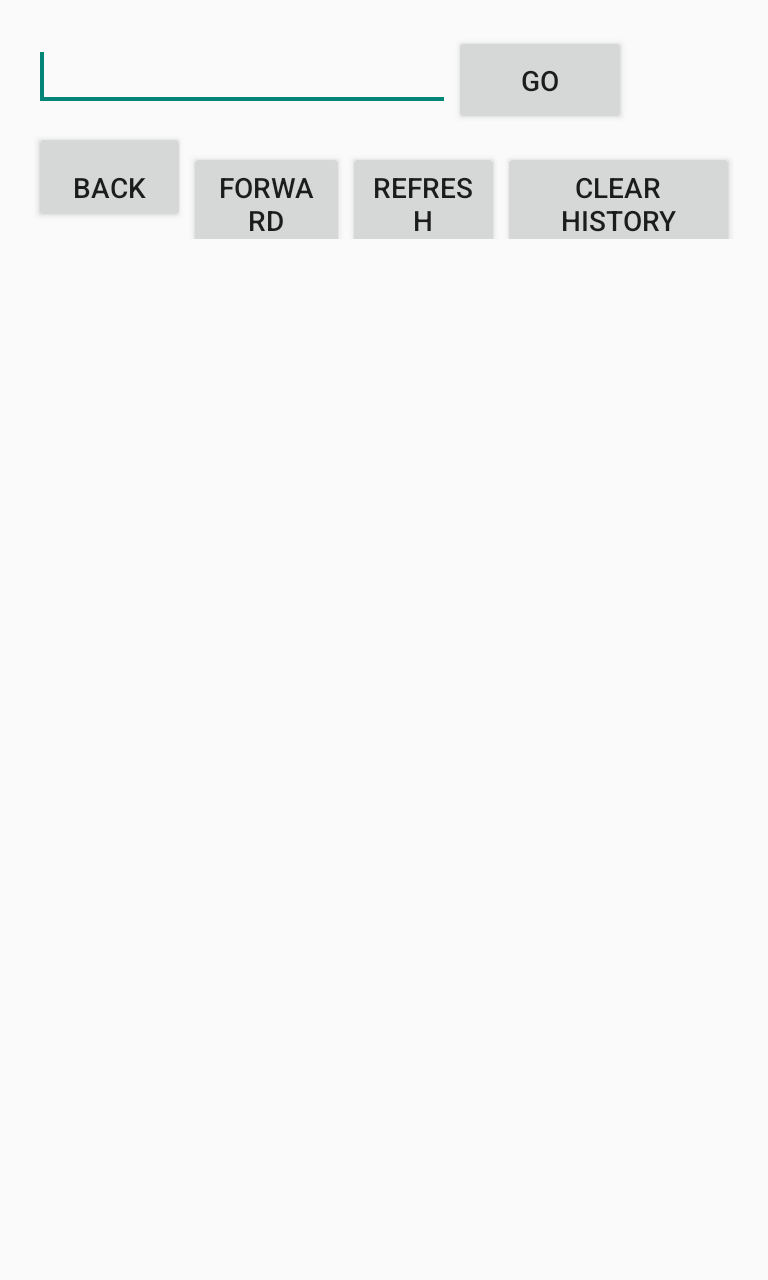
Repository: Attaphon1996/Engineering-Stuff
Layout: OSource/Android Play/Android_Projects/Bruno/res/layout/activity_main.xml
These files come from the project's save history. The layout is drawn as it stood at one moment and after the next save; the edit follows.
It is drawn on a 768 x 1280 px phone screen (xhdpi) without system bars, with theme AppTheme; the app's code is not run.

Above is the layout before, as saved 2014-12-23 17:43:59.

After the next save:
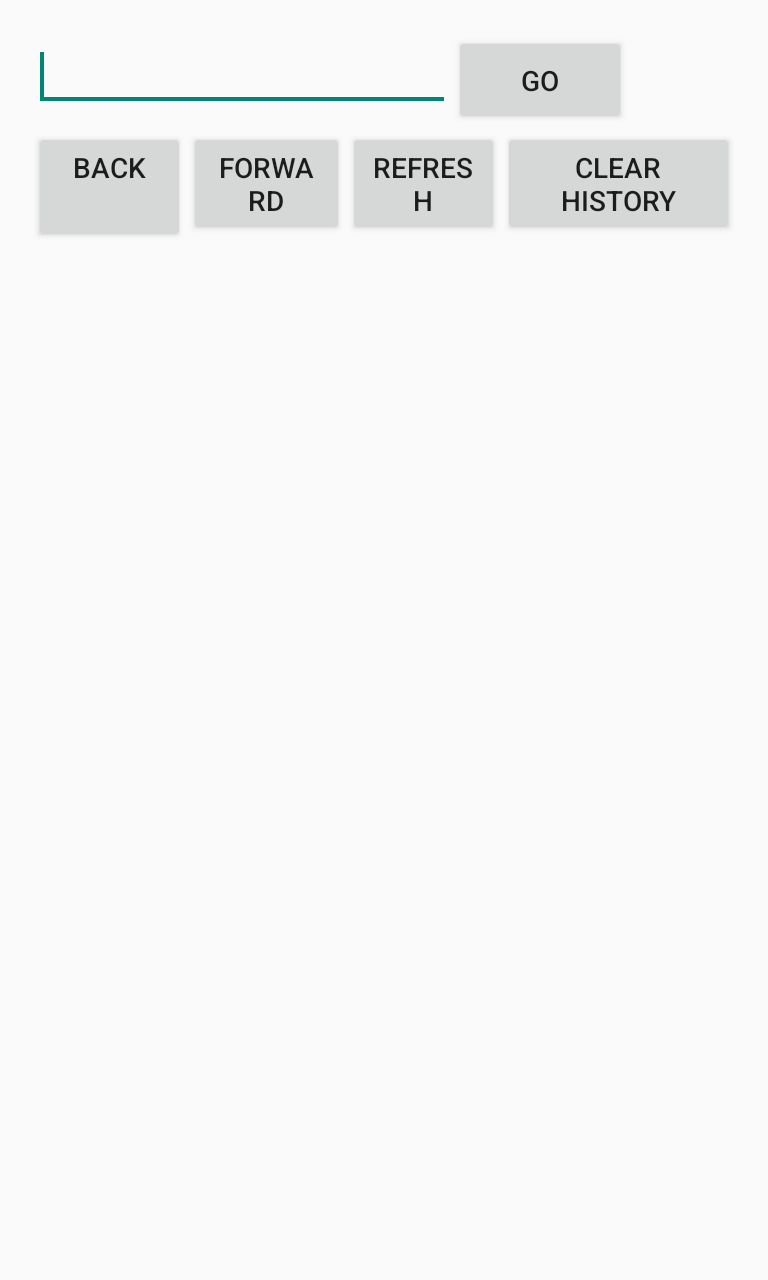
Saved 31 s later.
--- a/OSource/Android Play/Android_Projects/Bruno/res/layout/activity_main.xml
+++ b/OSource/Android Play/Android_Projects/Bruno/res/layout/activity_main.xml
@@ -44,7 +44,7 @@
         android:layout_height="wrap_content"
         android:text="@string/back"
         android:layout_weight="25"
-        android:paddingTop="20sp" />
+        android:paddingBottom="30sp" />
     <Button
         android:id="@+id/forward"
         android:layout_width="wrap_content"
